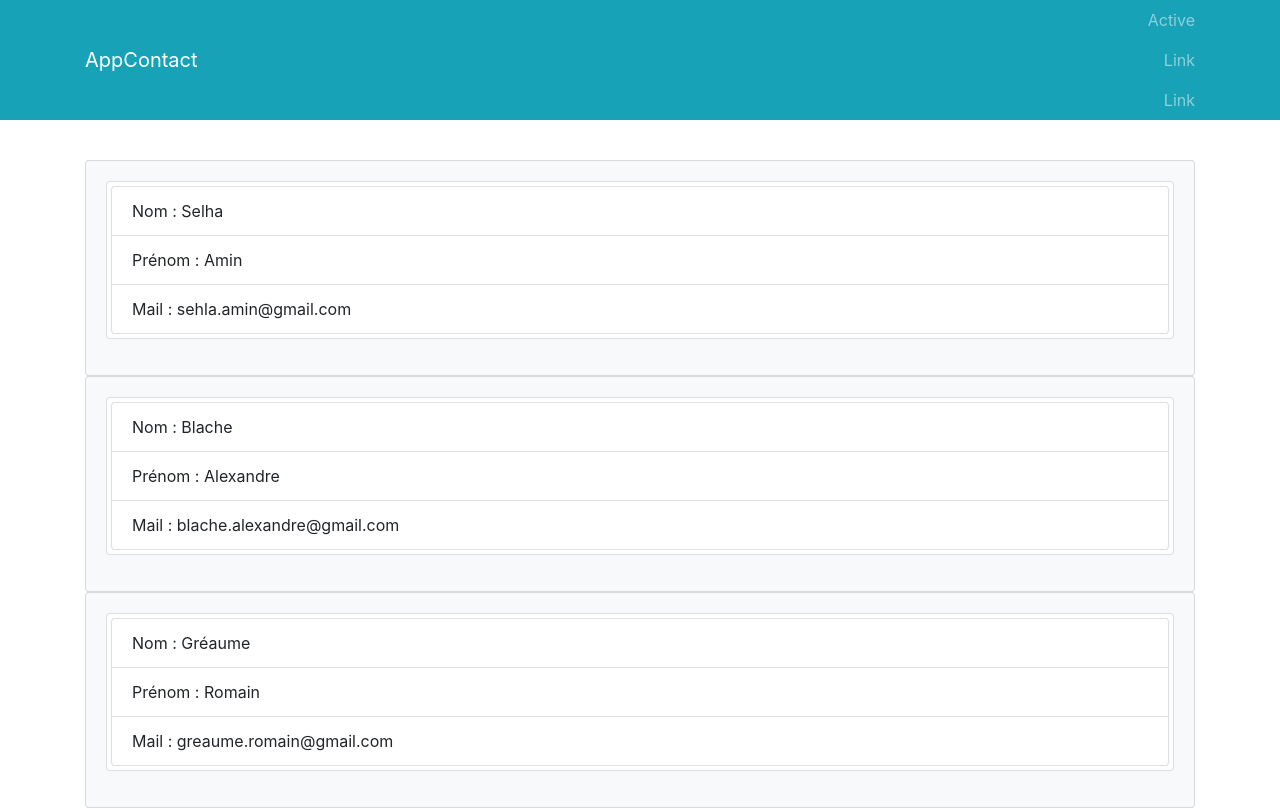
Repository: romgrm/appContact
Page: /
The author's editor kept a copy of each file at every save. The page is drawn from the files as they stood at one save, then again after the next save.
The browser window is 1280 px wide. The pictures show the whole page.
The project was rebuilt for these pictures with package versions that can differ from the ones it lists, and the page was loaded fresh each time.

Above is the page before, as saved 2020-12-02 20:17:27.

### src/App.js
import Header from './Components/Header'
import Liste from './Components/Liste'

import 'bootstrap/dist/css/bootstrap.min.css'


function App() {
  return (
    <div className="App">
      <Header />
      <div className="container pt-4">
        <Liste />
      </div>
    </div>
  );
}

export default App;

### src/Components/Header.js
import React, { Component } from 'react'

export default class Header extends Component {
    render() {
        return (
            <div>
                <nav className="navbar navbar-dark bg-info mb-3 py-0">
                    <div className="container">
                        <a href="/" className="navbar-brand">AppContact</a>
                        <ul className="navbar-nav">
                            <li className="nav-item ml-auto">
                                <a className="nav-link " href="#">Active</a>
                            </li>
                            <li className="nav-item ml-auto">
                                <a className="nav-link" href="#">Link</a>
                            </li>
                            <li className="nav-item ml-auto">
                                <a className="nav-link" href="#">Link</a>
                            </li>
                        </ul>
                    </div>
                </nav>

            </div>

        )
    }
}

### src/Components/Liste.js
import React, { Component } from 'react'
import Contact from './Contact'

export default class Liste extends Component {

    state = {
        contacts: [
            {
                nom: 'Selha',
                prenom: 'Amin',
                mail: 'sehla.amin@gmail.com'
            },
            {
                nom: 'Blache',
                prenom: 'Alexandre',
                mail: 'blache.alexandre@gmail.com'
            },
            {
                nom: 'Gréaume',
                prenom: 'Romain',
                mail: 'greaume.romain@gmail.com'
            }
        ]
    }

    render() {
        return (
            <div>
                {this.state.contacts.map(current => (
                    <Contact
                    Nom={current.nom}
                    Prenom={current.prenom}
                    Mail={current.mail}/>
                ))}
            </div>
        )
    }
}

### src/Components/Contact.js
import React, { Component } from 'react'

export default class Contact extends Component {
    render() {
        return (
            <div className="card card-body bg-light">
                <ul className="card card-body p-1">
                    <li className="list-group-item"> Nom : {this.props.Nom}</li>
                    <li className="list-group-item"> Prénom : {this.props.Prenom}</li>
                    <li className="list-group-item"> Mail : {this.props.Mail}</li>
                </ul>
            </div>
        )
    }
}

Loaded but not shown: public/index.html (common file); src/index.js (common file)

After the next save:
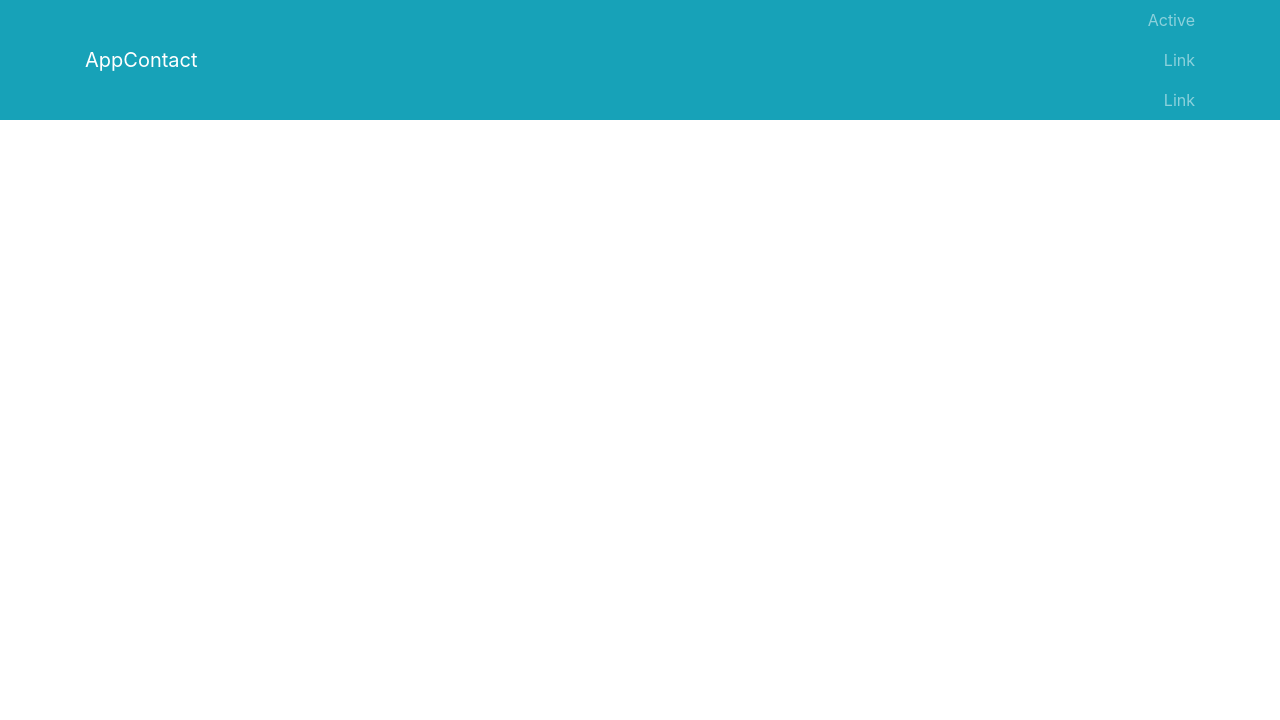
Saved 52 min 53 s later.
--- a/src/Components/Liste.js
+++ b/src/Components/Liste.js
@@ -26,12 +26,12 @@ export default class Liste extends Component {
     render() {
         return (
             <div>
-                {this.state.contacts.map(current => (
+                {/* {this.state.contacts.map(current => (
                     <Contact
                     Nom={current.nom}
                     Prenom={current.prenom}
                     Mail={current.mail}/>
-                ))}
+                ))} */}
             </div>
         )
     }
